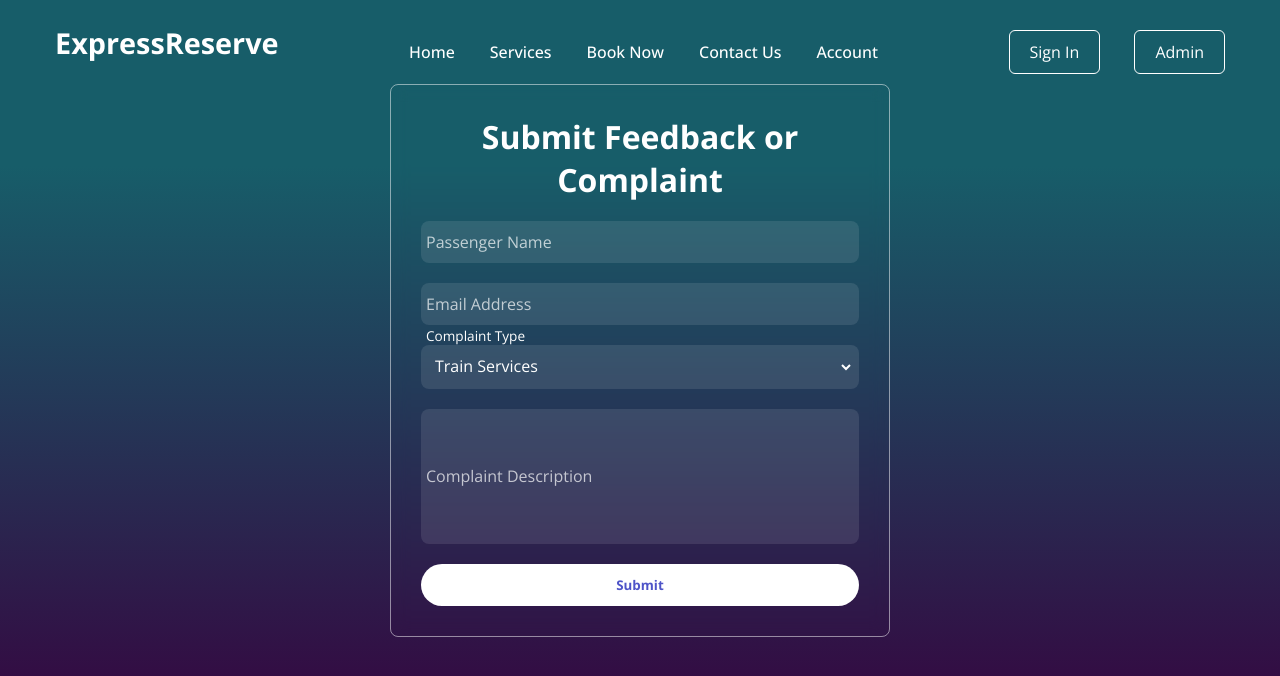
Repository: AmodhyaSharinda/Train-Reservation-system
Page: http://localhost/Train_reserve/ContactUs.jsp
These files come from the project's save history. The page is drawn as it stood at one moment and after the next save; the edit follows.
The browser window is 1280 px wide. The pictures show the whole page.
The page is served by Tomcat 9.

Above is the page before, as saved 2024-10-08 08:07:28.

After the next save:
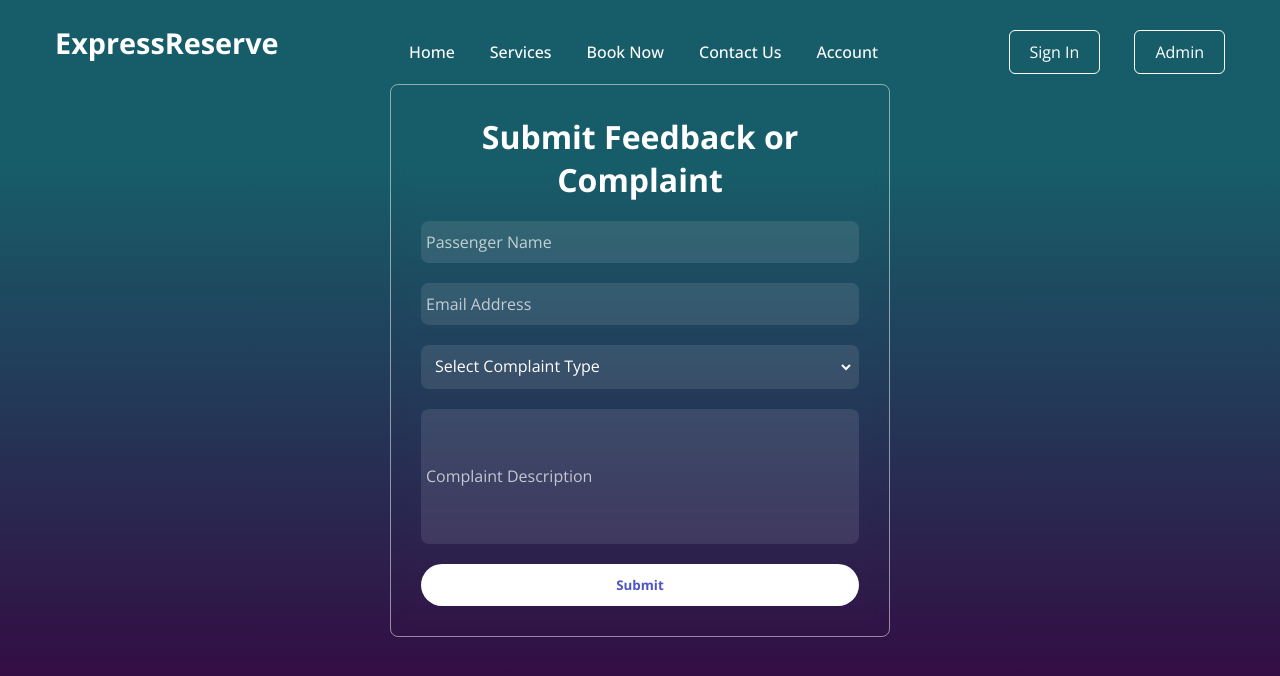
Saved 31 s later.
--- a/Train reserve/src/main/webapp/ContactUs.jsp
+++ b/Train reserve/src/main/webapp/ContactUs.jsp
@@ -161,11 +161,11 @@
 		    </div>
 		    <div class="input-field">
 		        <select id="complaintType" name="complaintType" required>
+		            <option value="">Select Complaint Type</option>
 		            <option value="Train Services">Train Services</option>
 		            <option value="Station Facilities">Station Facilities</option>
 		            <option value="Staff Behavior">Staff Behavior</option>
 		        </select>
-		        <label>Complaint Type</label>
 		    </div>
 		    <div class="input-field">
 		        <textarea id="complaintDescription" name="Feedback" required></textarea>
